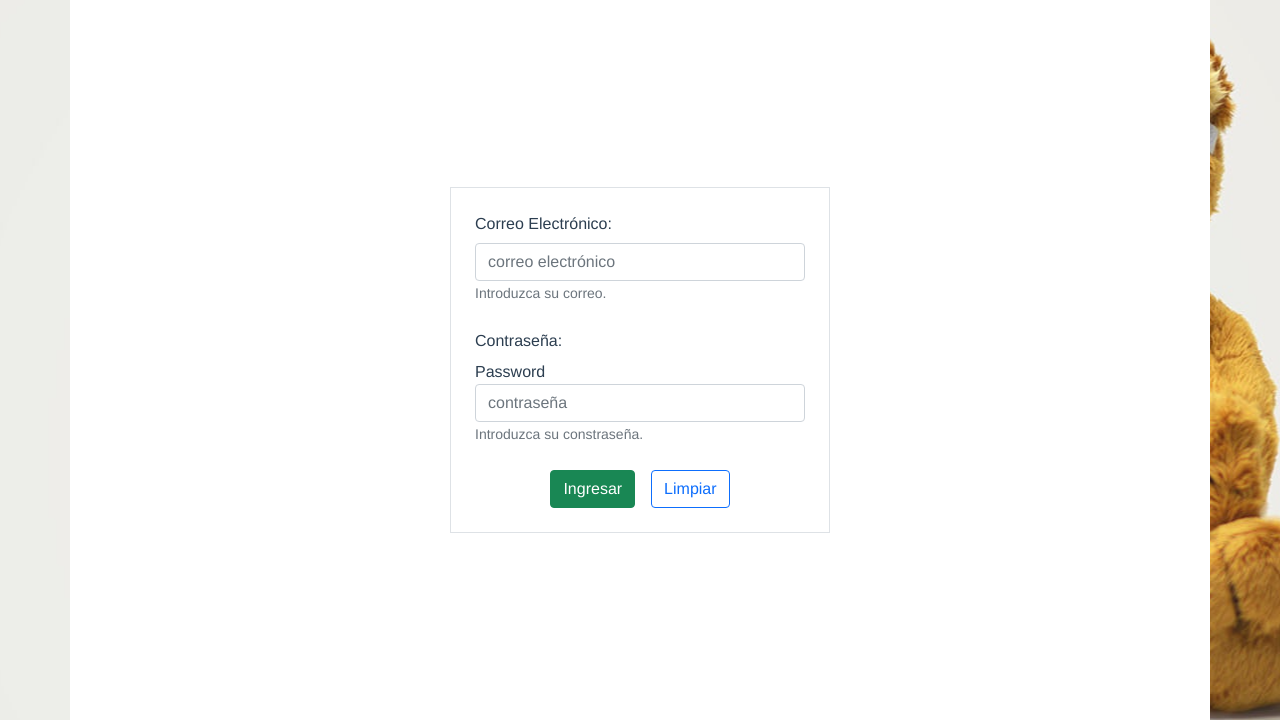
Repository: Darigo30/prueba-jugueteria
Page: /login
These files come from the project's save history. The page is drawn as it stood at one moment and after the next save; the edit follows.
The browser window is 1280 px wide. The pictures show the whole page.
Some web fonts or font styles are not loaded; a fallback is used. The project was rebuilt for these pictures with package versions that can differ from the ones it lists, and the page was loaded fresh each time. Also part of the build but not shown: src/components/Editar.vue, src/components/Tabla.vue, src/components/Agregar.vue, src/views/Home.vue.

Above is the page before, as saved 2021-05-30 21:22:02.

### public/index.html
<!DOCTYPE html>
<html lang="">
  <head>
    <meta charset="utf-8">
    <meta http-equiv="X-UA-Compatible" content="IE=edge">
    <meta name="viewport" content="width=device-width,initial-scale=1.0">
    <link rel="icon" href="<%= BASE_URL %>favicon.ico">
    <link rel="preconnect" href="https://fonts.gstatic.com">
    <link href="https://fonts.googleapis.com/css2?family=Londrina+Solid:wght@300;400;900&display=swap" rel="stylesheet">
    <title><%= htmlWebpackPlugin.options.title %></title>
  </head>
  <body>
    <noscript>
      <strong>We're sorry but <%= htmlWebpackPlugin.options.title %> doesn't work properly without JavaScript enabled. Please enable it to continue.</strong>
    </noscript>
    <div id="app"></div>
    <!-- built files will be auto injected -->
  </body>
</html>

### src/main.js
import Vue from "vue";
import App from "./App.vue";
import router from "./router";
import store from "./store";
import { BootstrapVue, IconsPlugin } from "bootstrap-vue";

import "bootstrap/dist/css/bootstrap.css";
import "bootstrap-vue/dist/bootstrap-vue.css";

Vue.use(BootstrapVue);
Vue.use(IconsPlugin);

Vue.config.productionTip = false;

import firebase from "firebase";
import { firebaseConfig } from "../firebase";

firebase.initializeApp(firebaseConfig);

router.beforeEach((to, from, next) => {
  const isAuthenticated = localStorage.getItem("login");

  if (to.name !== "Login" && isAuthenticated !== "logueado")
    next({ name: "Login" });
  else if (to.name === "Login" && isAuthenticated === "logueado")
    next({ name: "Home" });
  else next();
});

new Vue({
  router,
  store,
  render: (h) => h(App),
}).$mount("#app");

### src/App.vue
<template>
  <div id="app">
    <router-view />
  </div>
</template>

<script>
import { mapActions } from "vuex";

export default {
  name: "App",
  methods: {
    ...mapActions(["getProductos"]),
  },
  created() {
    this.getProductos();
  },
};
</script>

<style lang="scss">
#app {
  font-family: Avenir, Helvetica, Arial, sans-serif;
  -webkit-font-smoothing: antialiased;
  -moz-osx-font-smoothing: grayscale;
  text-align: center;
  color: #2c3e50;
}

#nav {
  padding: 30px;

  a {
    font-weight: bold;
    color: #2c3e50;

    &.router-link-exact-active {
      color: #42b983;
    }
  }
}
</style>

### src/router/index.js
import Vue from "vue";
import VueRouter from "vue-router";
import Home from "../views/Home.vue";

Vue.use(VueRouter);

const routes = [
  {
    path: "/",
    name: "Home",
    component: Home,
  },
  {
    path: "/about",
    name: "About",
    // route level code-splitting
    // this generates a separate chunk (about.[hash].js) for this route
    // which is lazy-loaded when the route is visited.
    component: () =>
      import(/* webpackChunkName: "about" */ "../views/About.vue"),
  },
  {
    path: "/login",
    name: "Login",
    component: () =>
      import(/* webpackChunkName: "login" */ "../views/Login.vue"),
  },
];


const router = new VueRouter({
  mode: "history",
  base: process.env.BASE_URL,
  routes,
});

export default router;

### src/store/index.js
import Vue from "vue";
import Vuex from "vuex";
import firebase from "firebase";
import router from "@/router"

Vue.use(Vuex);

export default new Vuex.Store({
  state: {
    productos: [],
    titulos: [
      {
        label: "Código",
        key: "codigo",
      },
      {
        label: "Producto",
        key: "nombre",
      },
      {
        label: "Stock",
        key: "stock",
      },
      {
        label: "Precio",
        key: "precio",
      },
      {
        key: "actions",
        label: "Acciones",
      },
    ],
    editar: false,
    jugueteEditar: {
      nombre: "",
      precio: "",
      codigo: "",
      id: "",
      stock: "",
    },
  },
  mutations: {
    guardarProductos(state, payload) {
      const juguete = payload;
      if (!juguete) return;
      state.productos.push(juguete);
    },
    borrarProducto(state, payload) {
      const juguete = payload;
      if (!juguete) return;
      let borradoFila = state.productos.filter(juguetex => juguetex.codigo != payload.codigo );
      state.productos = borradoFila;
      console.log(borradoFila);
    },
    booleanEditar(state) {
      state.editar = true;
    },
    editarJuguete(state, payload) {
      const juguete = payload;
      state.jugueteEditar = juguete;
    },
    agregarJugueteAlState(state, payload) {
      const existeJuguete = state.productos.find((juguetito) => juguetito.codigo === payload.codigo);
       // Si no existe ingresar a la base de datos.
       if (!existeJuguete) state.productos.push(payload);
    }
  },
  actions: {
    async getProductos({ commit }) {
      const db = firebase.firestore();
      try {
        const req = await db.collection("juguetes").get();
        if (req) {
          req.docs.forEach((juguete) => {
            const obj = juguete.data();
            const id = juguete.id;
            obj.id = id;
            commit("guardarProductos", obj);
          });
        }
      } catch (error) {
        console.log(error);
      }
    },
    async deleteProducto({ commit }, payload) {
      const juguete = payload;
      if (!juguete) return;
      const idFirebase = juguete.id;

      // Eliminar desde Firebase
      try {
        const db = firebase.firestore();
        const req = await db.collection("juguetes").doc(idFirebase).delete();
        console.log(req);
      } catch (error) {
        console.log(error);
      }

      // Eliminar desde Vuex
      commit("borrarProducto", juguete);
    },
    //actualizar tabla juguetes
    async updateProducto({ commit }, payload) {
      const juguete = payload;
      if (!juguete) return;
      const idFirebase = juguete.id;

      // Firebase
      try {
        const req = await firebase.firestore().collection("juguetes").doc(idFirebase).update({
            codigo: juguete.codigo,
            stock: juguete.stock,
            nombre: juguete.nombre,
            precio: juguete.precio
          });
        console.log(req);
      } catch (error) {
        console.log(error);
      }
      // Vuex
      commit();
    },
    //Agrego nuevo producto
    async crearNuevoProducto({ commit }, payload) {
      const nuevo = payload;
      if (!nuevo) return;
     // Actualizar el state
      commit("agregarJugueteAlState", nuevo);
      await firebase.firestore().collection("juguetes").add(nuevo);
    },
    cerrar(){
      localStorage.removeItem("login")
      firebase.auth().signOut()
      .then(() => {
          router.push('/login')
          .catch(error => {
            console.info(error)
         });
      });
  }
  },
  modules: {},
});

### firebase.js
// import firebase from "firebase";

const firebaseConfig = {
  apiKey: "AIzaSyDvwglZwsMT4GnbYgCJ6nH0Bmr47wSCZrA",
  authDomain: "bd-dari.firebaseapp.com",
  projectId: "bd-dari",
  storageBucket: "bd-dari.appspot.com",
  messagingSenderId: "200953098330",
  appId: "1:200953098330:web:2519dca58d3ee2c2336863",
  measurementId: "G-12NBXGDB2J"
};
export { firebaseConfig };

### src/views/Login.vue
<template>
<div class="bg">
   <b-container>
    <b-row style="height: 100vh" class="fo">
      <b-col class="m-auto border p-4" cols="12" md="4">
        <b-form-group
          label="Correo Electrónico:"
          description="Introduzca su correo."
          class="text-start mb-4"
        >
          <b-form-input
            v-model="form.email"
            type="email"
            placeholder="correo electrónico"
          ></b-form-input>
        </b-form-group>

        <b-form-group
          label="Contraseña:"
          description="Introduzca su constraseña."
          class="text-start mb-4"
        >
          <label>Password</label>
          <b-form-input
            v-model="form.pass"
            type="password"
            placeholder="contraseña"
          ></b-form-input>
        </b-form-group>

        <b-button @click="login" variant="success" class="me-3"
          >Ingresar</b-button
        >
        <b-button @click="limpiar" variant="outline-primary">Limpiar</b-button>
      </b-col>
    </b-row>
  </b-container>
</div>

</template>

<script>
import firebase from "firebase";

export default {
  name: "Login",
  data() {
    return {
      form: {
        email: "",
        pass: "",
      },
    };
  },
  methods: {
    async login() {
      try {
        if (!this.form && !this.form.email && !this.form.pass) return;
        const req = await firebase
          .auth()
          .signInWithEmailAndPassword(this.form.email, this.form.pass);
        console.log(req);
        // if (req && req != null) this.$router.push("/");

        if (req && req != null) {
          localStorage.setItem("login", "logueado");
          this.$router.push("/");
        }
      } catch (error) {
        const errorCode = error.code;
        const errorMessage = error.message;
        console.log("Código de Error", errorCode);
        console.log("Mensaje de Error", errorMessage);
      }
    },
    limpiar() {
      if (!this.form) return;
      this.form.email = "";
      this.form.pass = "";
    },
  },
};
</script>
<style scoped>
    .bg{
      background-image: url('../assets/osito.jpg');
      background-position: center;
      background-repeat: no-repeat;
  }
  .fo{
    background: #fff;
  }
</style>

After the next save:
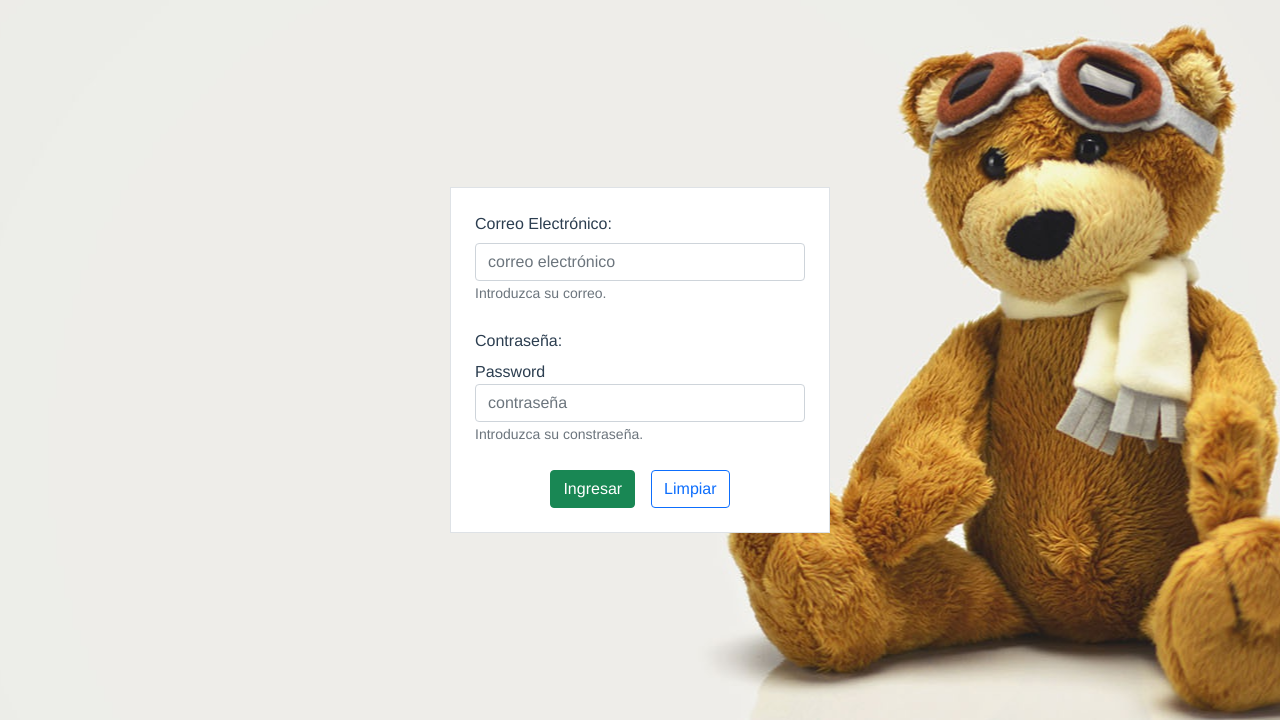
Saved 23 s later.
--- a/src/views/Login.vue
+++ b/src/views/Login.vue
@@ -1,8 +1,8 @@
 <template>
 <div class="bg">
    <b-container>
-    <b-row style="height: 100vh" class="fo">
-      <b-col class="m-auto border p-4" cols="12" md="4">
+    <b-row style="height: 100vh">
+      <b-col class="m-auto border p-4 fo" cols="12" md="4">
         <b-form-group
           label="Correo Electrónico:"
           description="Introduzca su correo."
